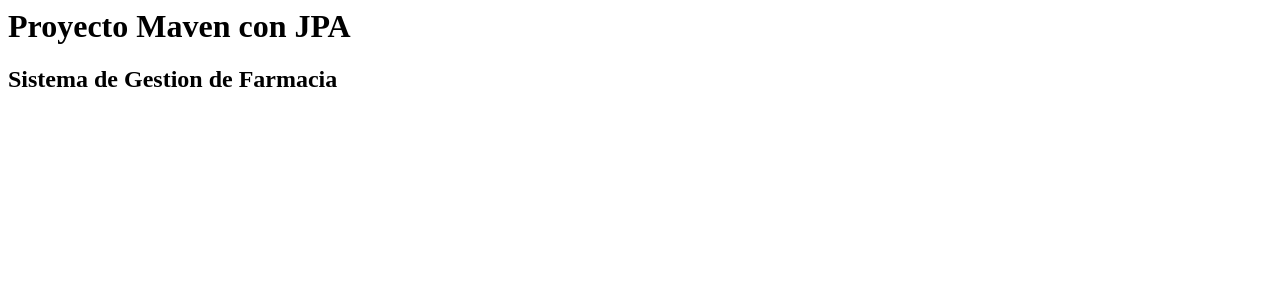
Repository: EDY-H-bot/EDY-H-bot
Page: http://localhost/ProyectoJPAMavenMarNoche/
The author's editor kept a copy of each file at every save. The page is drawn from the files as they stood at one save, then again after the next save.
The browser window is 1280 px wide. The pictures show the whole page.
The page is served by Tomcat 9. Other server files are loaded and not shown.

Above is the page before, as saved 2024-09-25 01:49:43.

### ProyectoJPAMavenMarNoche/src/main/webapp/index.jsp
<html>
<body bjcolor="red">
<h1>Proyecto Maven con JPA</h1>
<h2>Sistema de Gestion de Farmacia</h2>
</body>
</html>

After the next save:
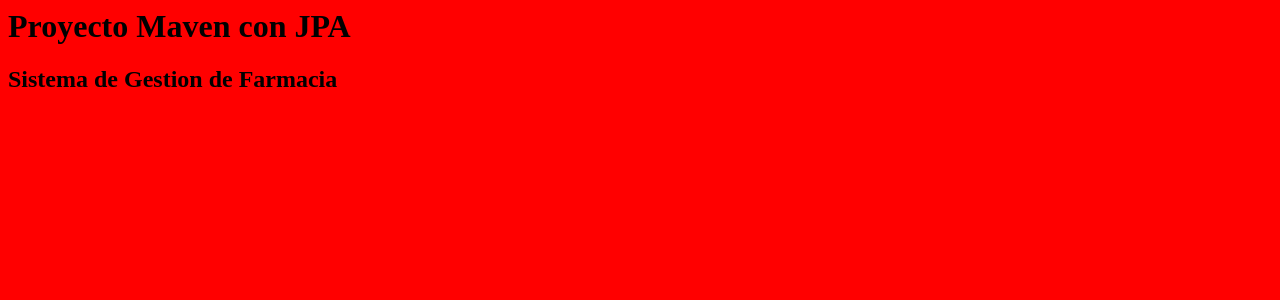
Saved 13 s later.
--- a/ProyectoJPAMavenMarNoche/src/main/webapp/index.jsp
+++ b/ProyectoJPAMavenMarNoche/src/main/webapp/index.jsp
@@ -1,5 +1,5 @@
 <html>
-<body bjcolor="red">
+<body bgcolor="red">
 <h1>Proyecto Maven con JPA</h1>
 <h2>Sistema de Gestion de Farmacia</h2>
 </body>
